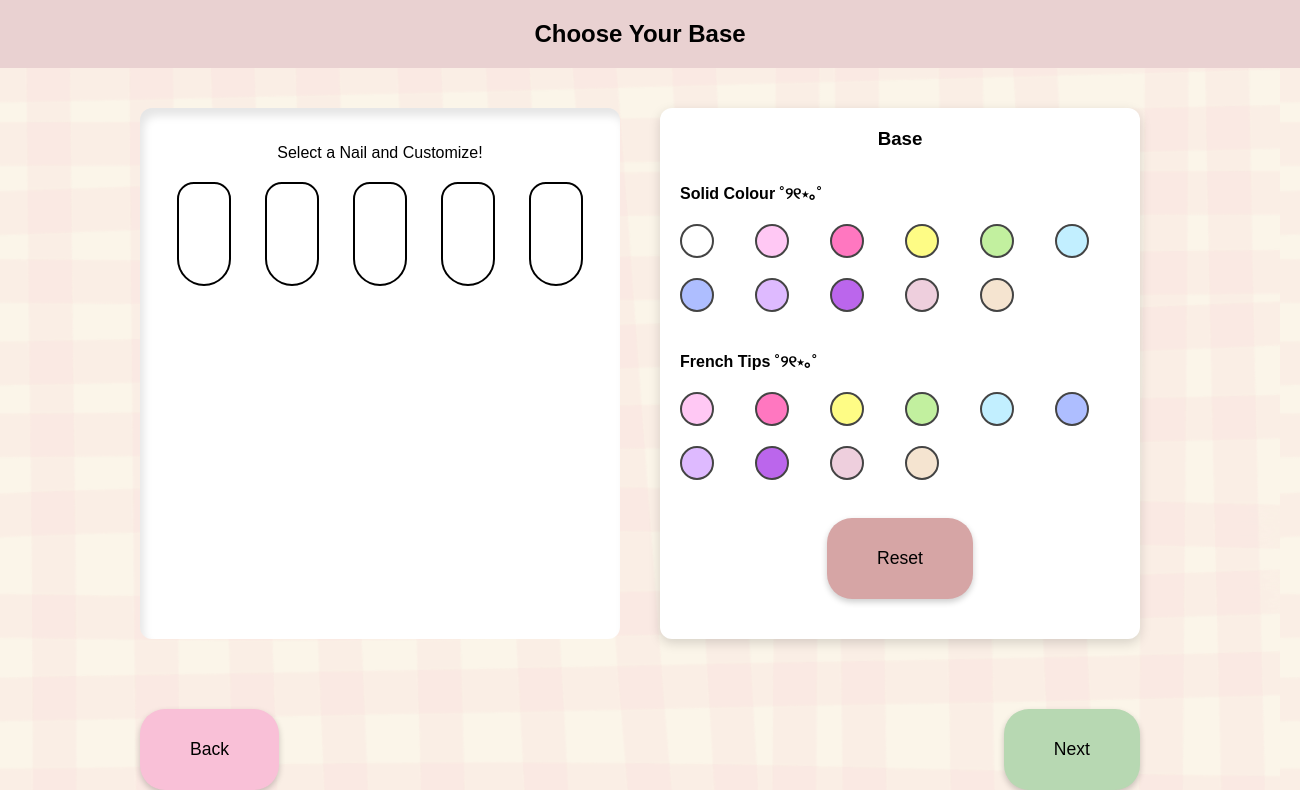
Repository: amolwalia/Fluidity-Lab
Page: base-paint.html
The author's editor kept a copy of each file at every save. The page is drawn from the files as they stood at one save, then again after the next save.
The browser window is 1280 px wide. The page is 1300 px wide, so the pictures cover 1300 px, including what lies to the right of the window. The pictures show the whole page.

Above is the page before, as saved 2025-05-11 19:16:50.

### base-paint.html
<!DOCTYPE html>
<html lang="en">
  <head>
    <meta charset="UTF-8" />
    <meta name="viewport" content="width=device-width, initial-scale=1.0" />
    <title>Choose Your Base</title>
    <link rel="stylesheet" href="./styles/basepaints.css" />
  </head>
  <body>
    <header>Choose Your Base</header>
    <div class="container">
      <div class="nail-area">
        <p style="text-align: center">Select a Nail and Customize!</p>
        <div class="nails">
          <div class="nail" onclick="selectNail(this)"></div>
          <div class="nail" onclick="selectNail(this)"></div>
          <div class="nail" onclick="selectNail(this)"></div>
          <div class="nail" onclick="selectNail(this)"></div>
          <div class="nail" onclick="selectNail(this)"></div>
        </div>
      </div>
      <div class="palette">
        <h3>Base</h3>
        <strong>Solid Colour ˚୨୧⋆｡˚</strong>
        <div class="colors">
          <div
            class="color"
            style="background: white"
            onclick="setColor('white', false)"
          ></div>
          <div
            class="color"
            style="background: #ffc8f4"
            onclick="setColor('#ffc8f4', false)"
          ></div>
          <div
            class="color"
            style="background: #ff77c0"
            onclick="setColor('#ff77c0', false)"
          ></div>
          <div
            class="color"
            style="background: #fefc85"
            onclick="setColor('#fefc85', false)"
          ></div>
          <div
            class="color"
            style="background: #c2f09f"
            onclick="setColor('#c2f09f', false)"
          ></div>
          <div
            class="color"
            style="background: #c2efff"
            onclick="setColor('#c2efff', false)"
          ></div>
        </div>
        <div class="colors">
          <div
            class="color"
            style="background: #aebeff"
            onclick="setColor('#AEBEFF', false)"
          ></div>
          <div
            class="color"
            style="background: #debaff"
            onclick="setColor('#DEBAFF', false)"
          ></div>
          <div
            class="color"
            style="background: #bb66ec"
            onclick="setColor('#BB66EC', false)"
          ></div>
          <div
            class="color"
            style="background: #eecfdd"
            onclick="setColor('#EECFDD', false)"
          ></div>
          <div
            class="color"
            style="background: #f5e4d0"
            onclick="setColor('#F5E4D0', false)"
          ></div>
        </div>
        <br />
        <br />
        <strong class="french">French Tips ˚୨୧⋆｡˚</strong>
        <div class="colors">
          <div
            class="color"
            style="background: #ffc8f4"
            onclick="setColor('#ffc8f4', true)"
          ></div>
          <div
            class="color"
            style="background: #ff77c0"
            onclick="setColor('#ff77c0', true)"
          ></div>
          <div
            class="color"
            style="background: #fefc85"
            onclick="setColor('#fefc85', true)"
          ></div>
          <div
            class="color"
            style="background: #c2f09f"
            onclick="setColor('#c2f09f', true)"
          ></div>
          <div
            class="color"
            style="background: #c2efff"
            onclick="setColor('#c2efff', true)"
          ></div>
          <div
            class="color"
            style="background: #aebeff"
            onclick="setColor('#AEBEFF', true)"
          ></div>
        </div>
        <div class="colors">
          <div
            class="color"
            style="background: #debaff"
            onclick="setColor('#DEBAFF', true)"
          ></div>
          <div
            class="color"
            style="background: #bb66ec"
            onclick="setColor('#BB66EC', true)"
          ></div>
          <div
            class="color"
            style="background: #eecfdd"
            onclick="setColor('#EECFDD', true)"
          ></div>
          <div
            class="color"
            style="background: #f5e4d0"
            onclick="setColor('#F5E4D0', true)"
          ></div>
        </div>
        <br />
        <button class="btn btn-brown" onclick="resetColors()">Reset</button>
      </div>
    </div>
    <div class="btn-row">
      <button class="btn btn-pink" onclick="location.href='index.html'">
        Back
      </button>
      <button class="btn btn-green" onclick="saveNailColorsAndGoNext()">
        Next
      </button>
    </div>
    <script src="./scripts/basepaints.js"></script>
  </body>
</html>

### styles/basepaints.css
body {
  margin: 0;
  font-family: "Quicksand", sans-serif;
  background: url("../media/pink_plaid.png");
  background-size: cover;
  background-blend-mode: multiply;
  background-color: #fbf5e9;
  display: flex;
  flex-direction: column;
  align-items: center;
}
header {
  width: 100%;
  padding: 20px;
  background-color: #e9d1d1;
  text-align: center;
  font-weight: bold;
  font-size: 1.5rem;
}
.container {
  display: flex;
  justify-content: space-between;
  padding: 40px;
  width: 100%;
  max-width: 1000px;
}
.nail-area,
.palette {
  background: #fff;
  border-radius: 12px;
  padding: 20px;
  box-shadow: 0 4px 12px rgba(0, 0, 0, 0.15);

}
.nail-area {
  flex: 1;
  margin-right: 40px;
  box-shadow: inset 4px 8px 8px  rgba(0, 0, 0, 0.1);
}
.palette {
  flex: 1;
}
.nails {
  display: flex;
  justify-content: space-around;
  margin-top: 20px;
}
.nail {
  width: 50px;
  height: 100px;
  border: 2px solid #000;
  border-radius: 25px 25px 40px 40px;
  background: #fff;
  position: relative;
  overflow: hidden;
}

h3 {
  text-align: center;
  margin-top: 0;
  margin-bottom: 30px;

}
strong.custom {
  display: inline-block;
  margin-bottom: 30px;
}

.btn-brown {
    display: block;
    margin: 20px auto;
}


.french {
  margin-bottom: 10px
}

.french-tip-overlay {
  position: absolute;
  top: 0;
  left: 0;
  width: 100%;
  height: 100%;
  pointer-events: none;
  z-index: 50;
  background: none;
}
.french-tip-overlay::before {
  content: "";
  position: absolute;
  top: 0;
  left: 0;
  width: 100%;
  height: 100%;
  background: url("data:[embedded picture, 672 characters]")
    top center / 100% auto no-repeat;
  opacity: 1;
  z-index: 50;
}
.colors {
  display: grid;
  grid-template-columns: repeat(6, 1fr);
  gap: 10px;
  margin-top: 20px;
}
.color {
  width: 30px;
  height: 30px;
  border-radius: 50%;
  cursor: pointer;
  border: 2px solid #444;
}
.btn-row {
  display: flex;
  justify-content: space-between;
  width: 100%;
  max-width: 1000px;
  margin-top: 30px;
}
.btn {
  padding: 30px 50px;
  font-size: 1.1rem;
  background-color: #b7d8b2;
  border: none;
  border-radius: 25px;
  cursor: pointer;
  box-shadow: 0 3px 6px rgba(0, 0, 0, 0.2);
  transition: transform 0.3s ease, box-shadow 0.3s ease;
}
.btn:hover {
  transform: scale(1.05);
  box-shadow: 0 6px 12px rgba(183, 216, 178, 0.6);
}
.btn-pink {
  background-color: #f9c0d7;
}
.btn-green {
  background-color: #b7d8b2;
}
.btn-brown {
  background-color: #d6a5a5;
}

### scripts/basepaints.js
let selectedNail = null;

function selectNail(el) {
  document
    .querySelectorAll(".nail")
    .forEach((nail) => (nail.style.borderColor = "#000"));
  selectedNail = el;
  el.style.borderColor = "deeppink";
}

function setColor(color, isFrenchTip = false) {
  if (selectedNail) {
    selectedNail.style.background = color;
    const existingTip = selectedNail.querySelector(".french-tip-overlay");
    if (existingTip) existingTip.remove();
    if (isFrenchTip) {
      const tip = document.createElement("div");
      tip.className = "french-tip-overlay";
      selectedNail.appendChild(tip);
    }
  }
}

function resetColors() {
  document.querySelectorAll(".nail").forEach((nail) => {
    nail.style.background = "white";
    const tip = nail.querySelector(".french-tip-overlay");
    if (tip) tip.remove();
  });
}

function saveNailColorsAndGoNext() {
  const nails = document.querySelectorAll(".nail");
  const designData = Array.from(nails).map((nail) => {
    return {
      background: nail.style.background,
      hasTip: !!nail.querySelector(".french-tip-overlay"),
    };
  });
  localStorage.setItem("nailDesignData", JSON.stringify(designData));
  location.href = "decorate.html";
}

After the next save:
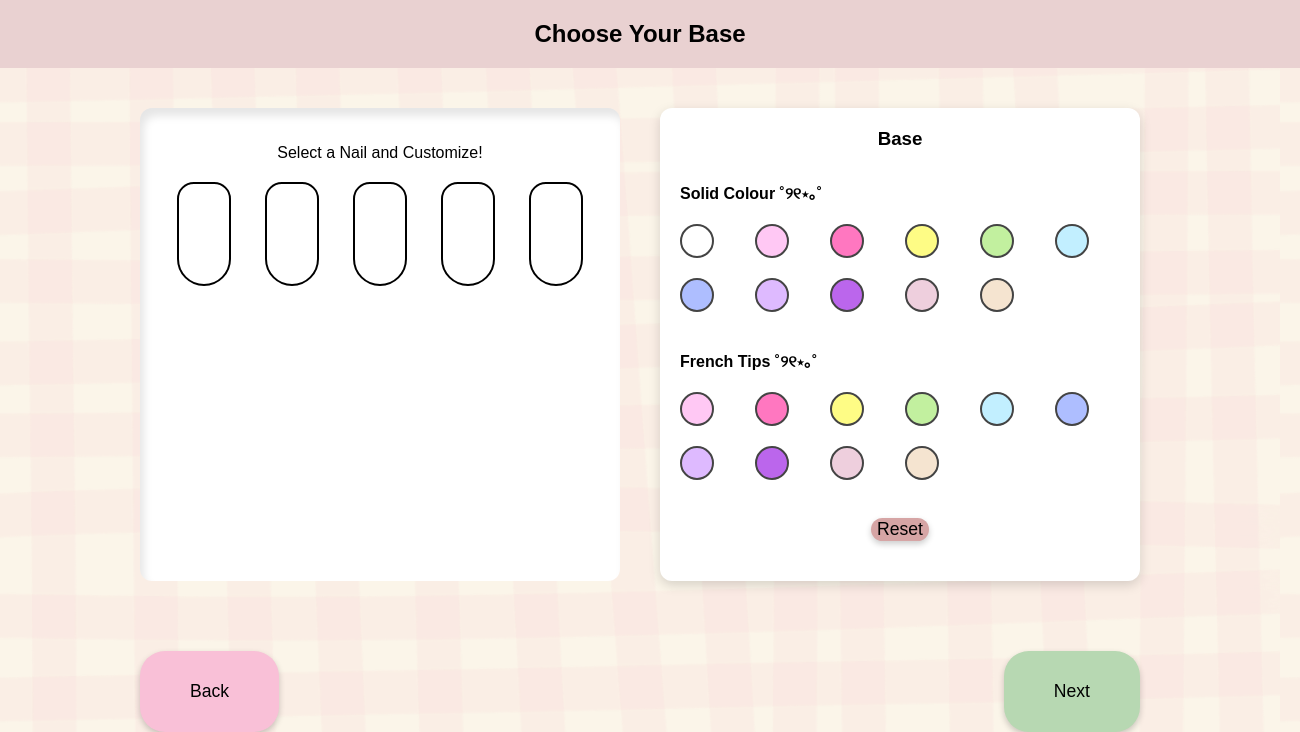
Saved 34 s later.
--- a/styles/basepaints.css
+++ b/styles/basepaints.css
@@ -119,7 +119,6 @@ strong.custom {
   margin-top: 30px;
 }
 .btn {
-  padding: 30px 50px;
   font-size: 1.1rem;
   background-color: #b7d8b2;
   border: none;
@@ -134,9 +133,11 @@ strong.custom {
 }
 .btn-pink {
   background-color: #f9c0d7;
+  padding: 30px 50px;
 }
 .btn-green {
   background-color: #b7d8b2;
+  padding: 30px 50px;
 }
 .btn-brown {
   background-color: #d6a5a5;
